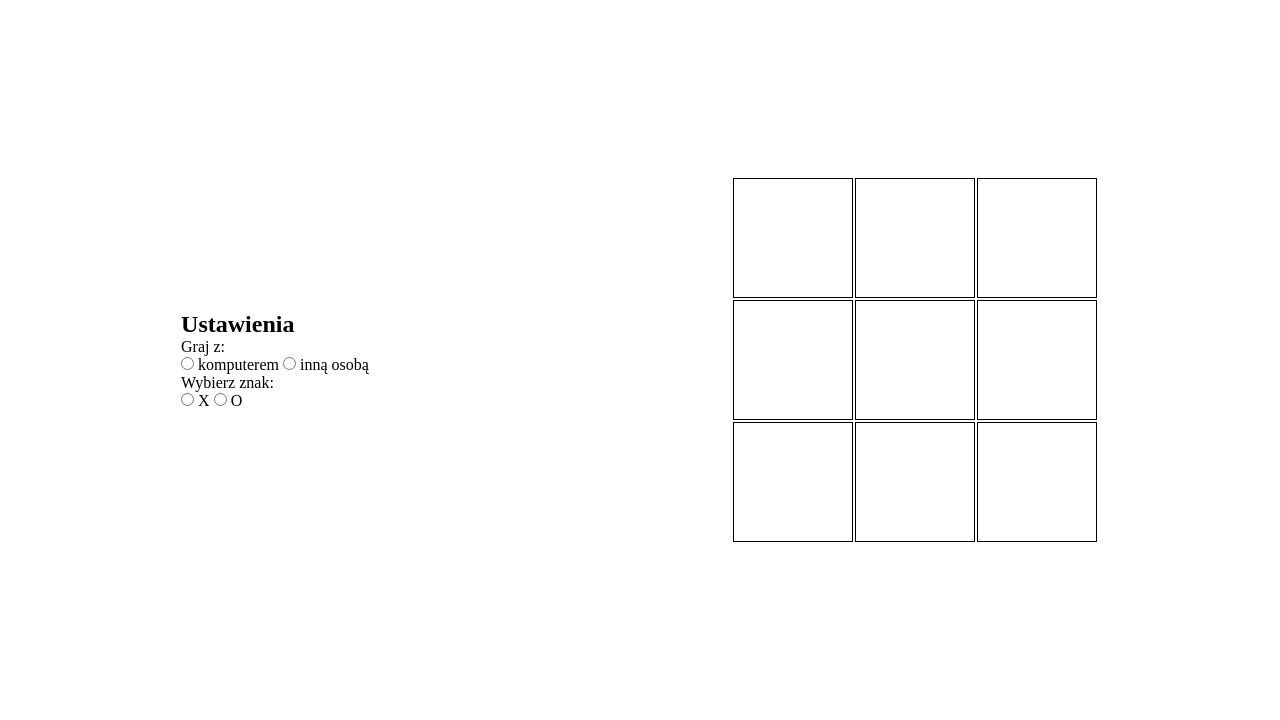
Repository: SebastianArmata22/Tic-Tac-Toe
Page: index.html
The author's editor kept a copy of each file at every save. The page is drawn from the files as they stood at one save, then again after the next save.
The browser window is 1280 px wide. The pictures show the whole page.

Above is the page before, as saved 2020-11-03 14:22:20.

After the next save:
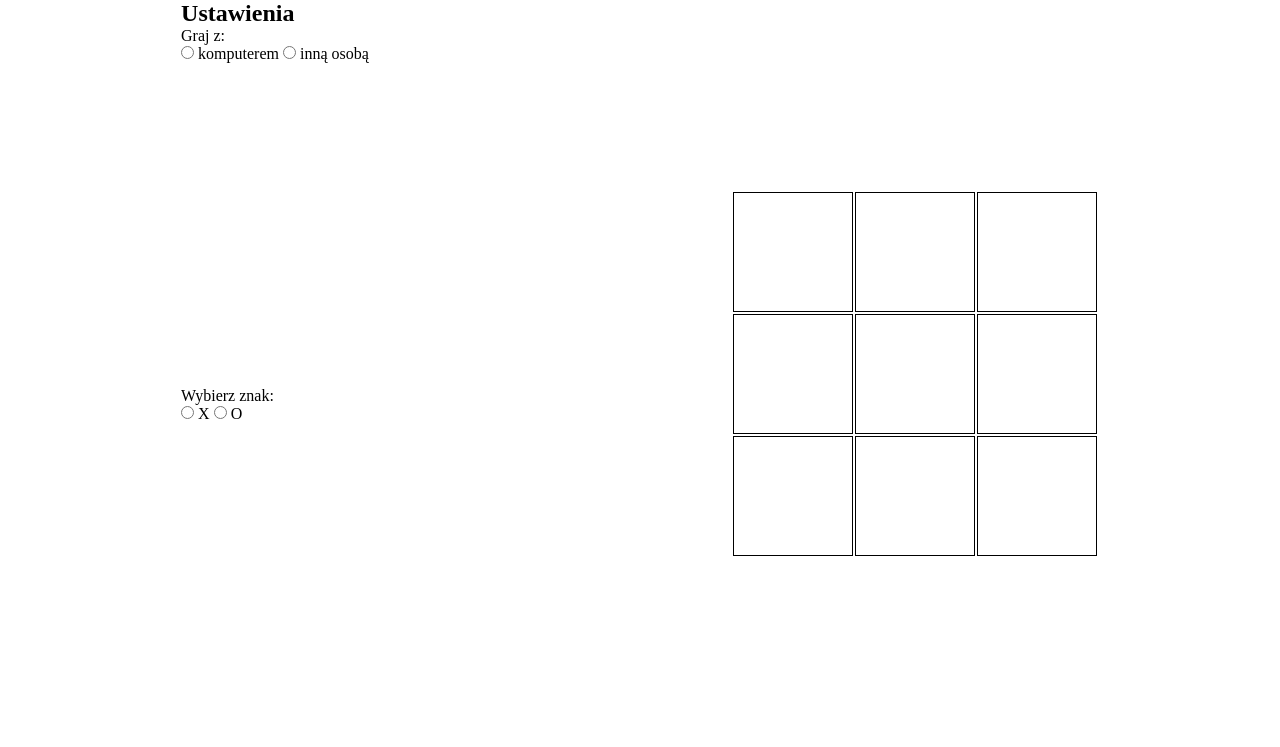
Saved 3 min 3 s later.
--- a/style.css
+++ b/style.css
@@ -23,3 +23,6 @@
 transition: all 0.5s ease-out;
 
 }
+.choice{
+    height: 360px;
+}
